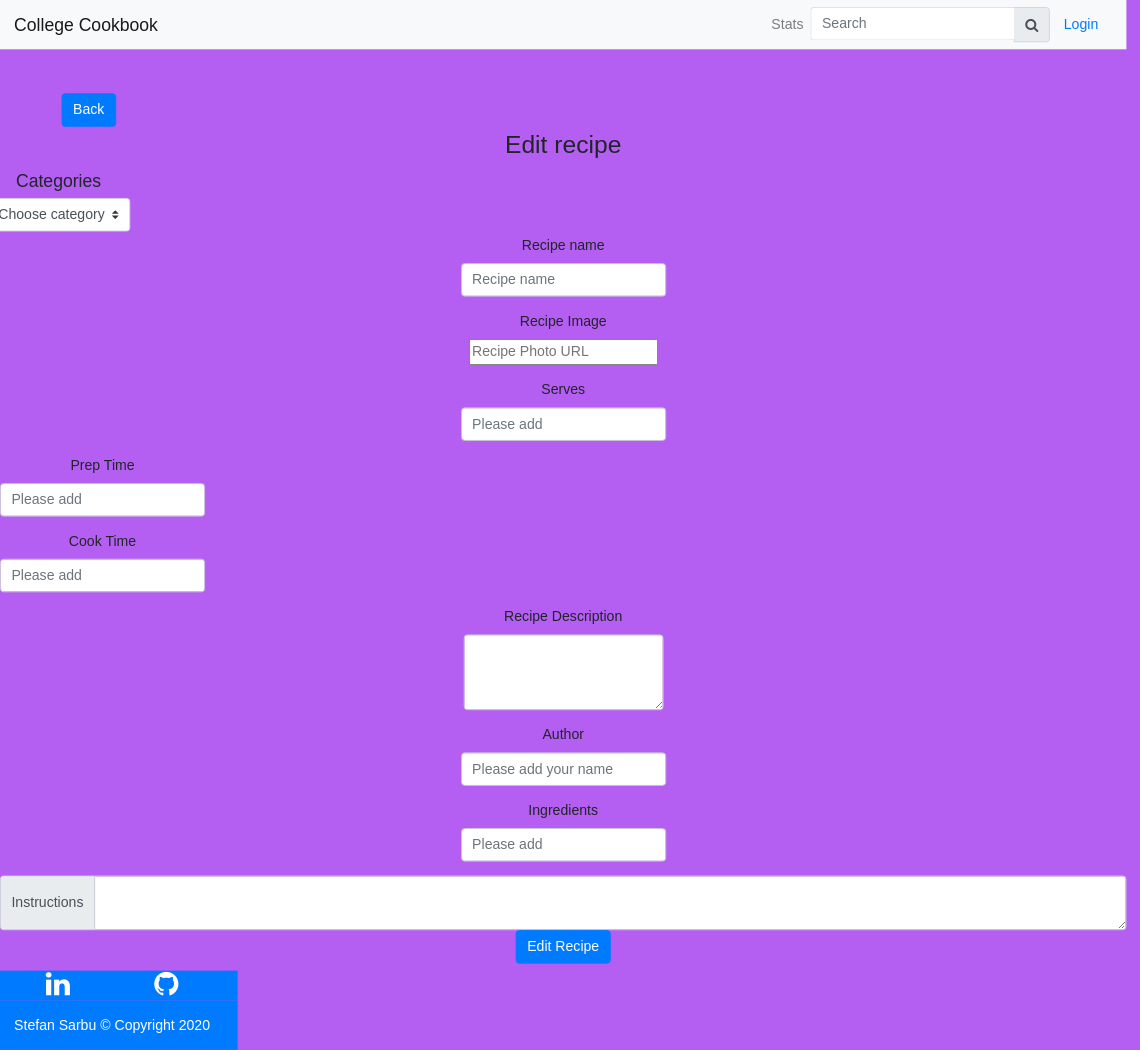
Repository: iiostefanos/college-cookbook
Page: templates/edit_recipe.html
The author's editor kept a record of every edit. The page is drawn from the files as they stood at one moment, then again after the next edit.
The browser window is 1280 px wide. The page is 1295 px wide, so the pictures cover 1295 px, including what lies to the right of the window. The pictures show the whole page, at 88% of full size.
The page is served by the project's application, run on Flask 3 (app.py). The template is opened directly, without the code that normally fills it, so the values that code supplies are empty.

Above is the page before.

After the next edit:
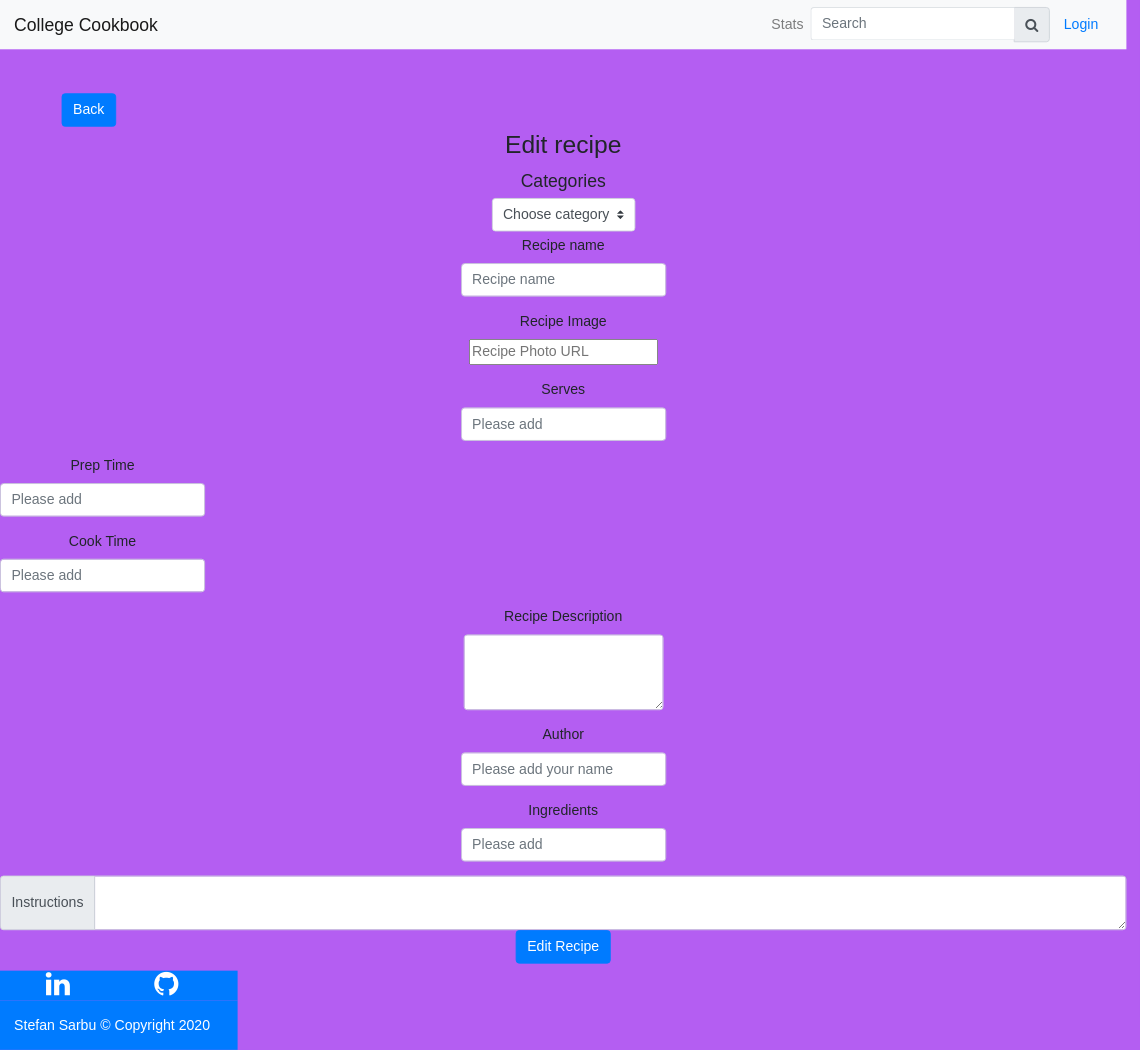
The edit:
--- a/templates/edit_recipe.html
+++ b/templates/edit_recipe.html
@@ -14,7 +14,7 @@
     <form action="/update_recipe/{{recipe._id}}" method="POST" class="col-md-12">
 
         <!--Category selection-->
-        <div class="row">
+        <div class="row justify-content-md-center">
             <div class="form-row align-items-center">
                 <div class="col-auto my-1">
 
